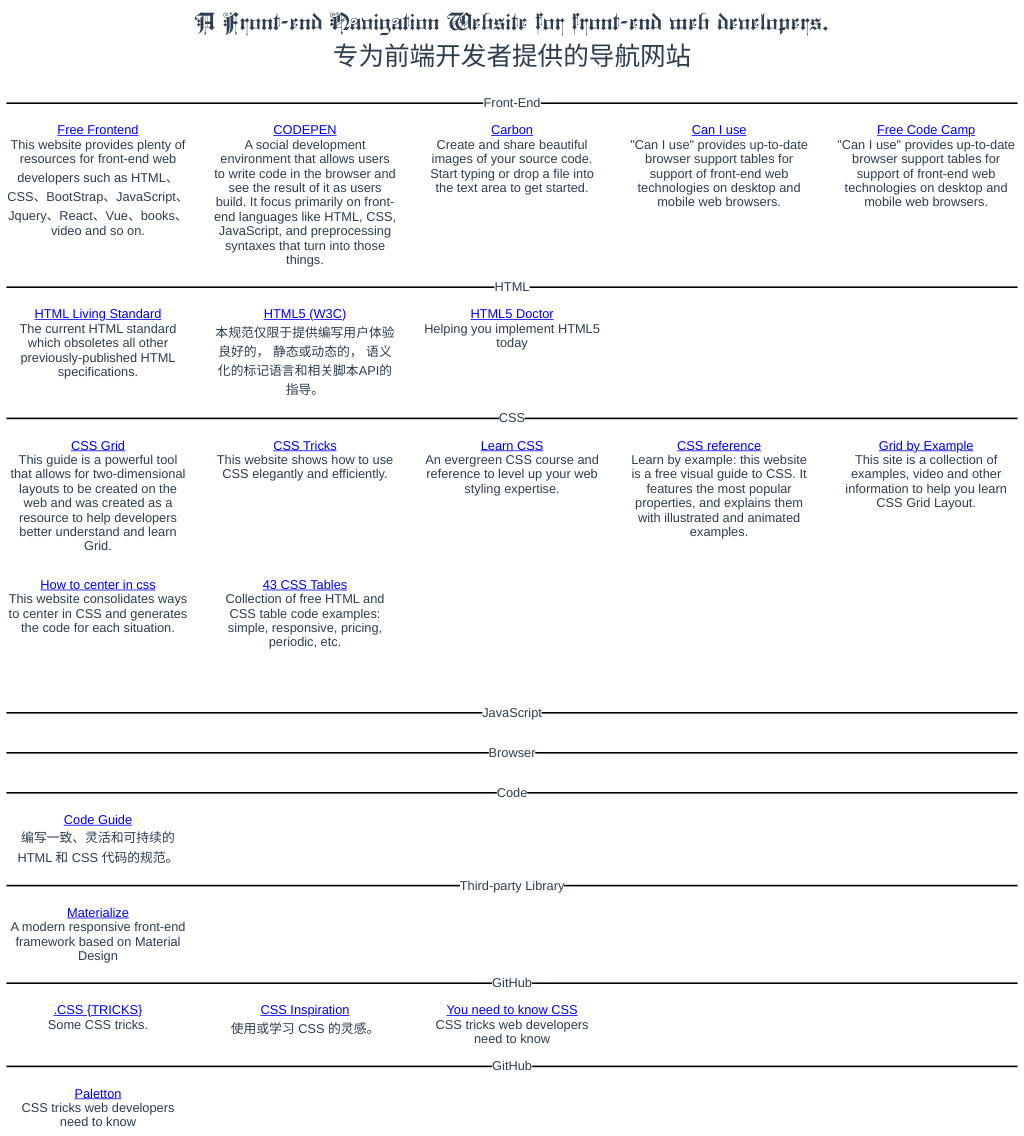
Repository: 321paranoiawhy/fenav.io
Page: /
The author's editor kept a copy of each file at every save. The page is drawn from the files as they stood at one save, then again after the next save.
The browser window is 1280 px wide. The pictures show the whole page, at 80% of full size.
The project was rebuilt for these pictures with package versions that can differ from the ones it lists, and the page was loaded fresh each time. Also part of the build but not shown: vue.config.js.

Above is the page before, as saved 2022-04-06 01:16:02.

After the next save:
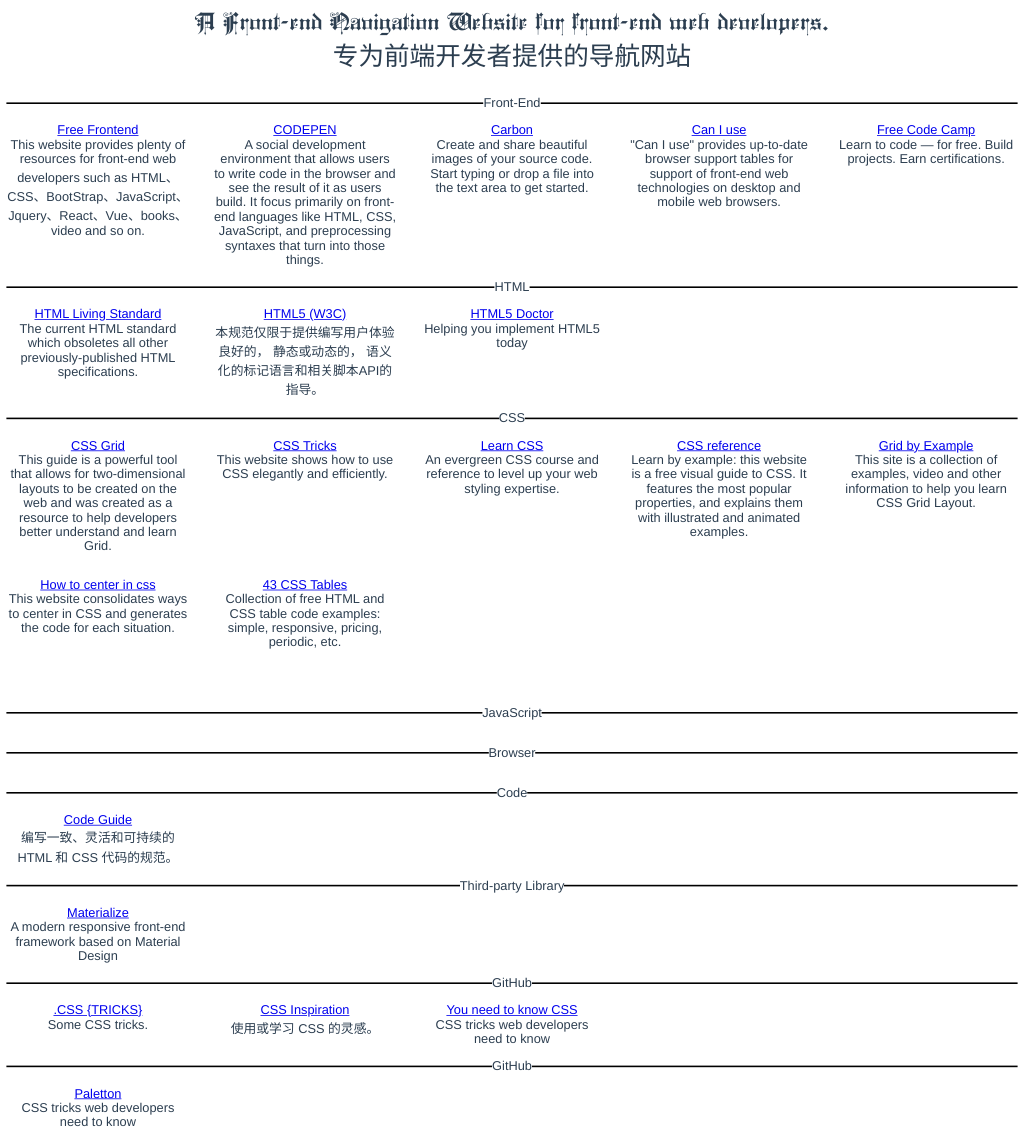
Saved 14 s later.
--- a/src/views/HomeView.vue
+++ b/src/views/HomeView.vue
@@ -42,9 +42,11 @@
         <div class="card">
             <a class="url" href="https://www.freecodecamp.org/">Free Code Camp</a>
             <div class="description">
-                "Can I use" provides up-to-date browser support tables for
-                support of front-end web technologies on desktop and mobile web
-                browsers.
+                Learn to code — for free.
+
+Build projects.
+
+Earn certifications.
             </div>
         </div>
     </div>
